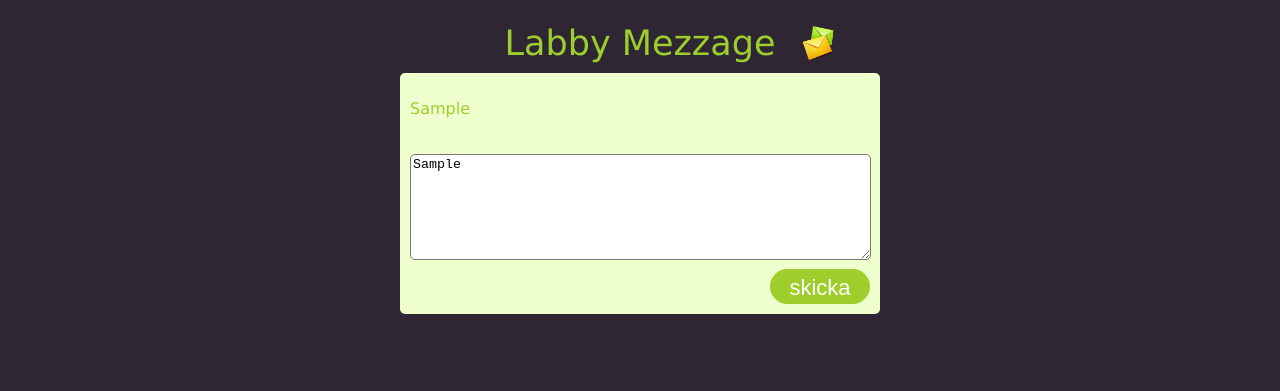
Repository: ad222kr/1dv403-laborationer
Page: 2-labbymezzage/index.html
The author's editor kept a record of every edit. The page is drawn from the files as they stood at one moment, then again after the next edit.
The browser window is 1280 px wide. The pictures show the whole page.
Empty fields were first filled with sample values (such as "Sample", 5 or name@example.com).
After loading, the first visible `#button` was clicked once.

Above is the page before.
Console error: TypeError: Cannot read properties of null (reading 'reset')

After the next edit:
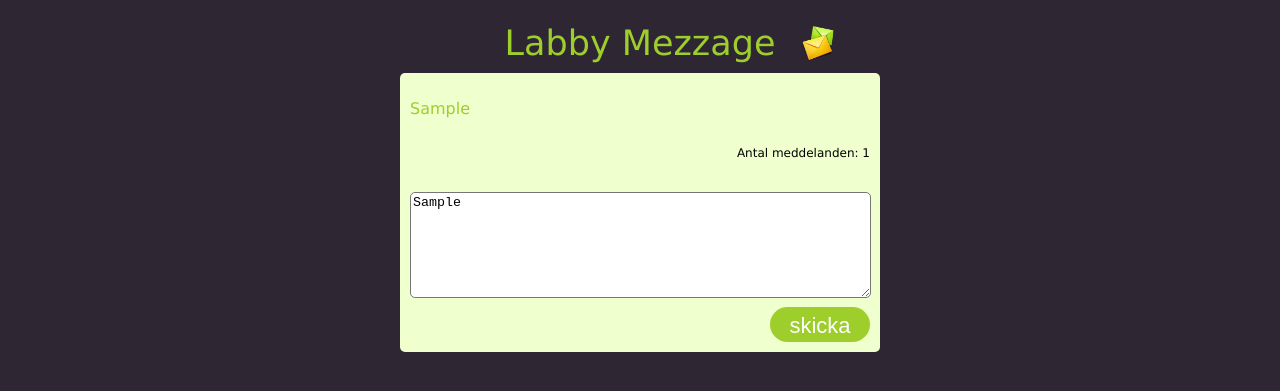
The edit:
--- a/2-labbymezzage/js/MessageBoard.js
+++ b/2-labbymezzage/js/MessageBoard.js
@@ -22,6 +22,7 @@
         text.className = "messCount";
 
         text.innerHTML = "Antal meddelanden: " + count;
+        div.appendChild(text);
 
     },
 
